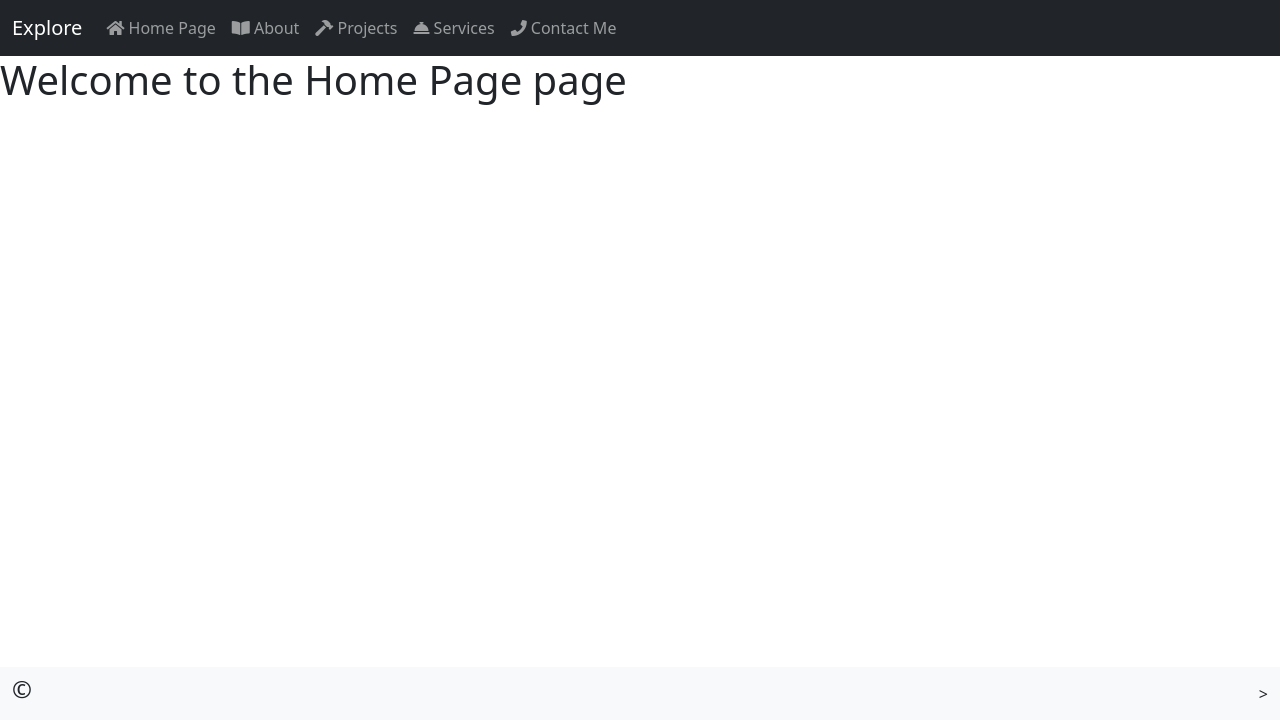
Repository: Survey-Wizard/SurveyWizard
Page: http://localhost/
The author's editor kept a copy of each file at every save. The page is drawn from the files as they stood at one save, then again after a run of saves.
The browser window is 1280 px wide. The pictures show the whole page.
The page is served by the project's Node server (server.js). Other server files are loaded and not shown.

Above is the page before, as saved 2021-05-30 10:39:54.

### views/index.ejs
<!DOCTYPE html>
<html lang="en">
<head>
  <meta charset="UTF-8">
  <meta http-equiv="X-UA-Compatible" content="IE=edge">
  <meta name="viewport" content="width=device-width, initial-scale=1.0">
  <title><%= title %></title>
  <link rel='stylesheet' href='/bootstrap/dist/css/bootstrap.min.css' />
  <link rel='stylesheet' href='/@fortawesome/fontawesome-free/css/all.min.css' />
  <link rel='stylesheet' href='/Content/app.css' />

</head>
<body>

  <nav class="navbar navbar-expand-lg navbar-dark bg-dark">
    <div class="container-fluid">
      <a class="navbar-brand" href="#">Explore</a>

      <button class="navbar-toggler" type="button" data-bs-toggle="collapse" data-bs-target="#navbarSupportedContent" aria-controls="navbarSupportedContent" aria-expanded="false" aria-label="Toggle navigation">
        <span class="navbar-toggler-icon"></span>
      </button>

      <div class="collapse navbar-collapse" id="navbarSupportedContent">
        <ul class="navbar-nav ml-auto">

          <li class="nav-item active">
            <a class="nav-link"  href="/home"><i class="fas fa-home"></i> Home Page</a>
          </li>

          <li class="nav-item active">
            <a class="nav-link"  href="/about"><i class="fas fa-book-open"></i> About</a>
          </li>

          <li class="nav-item active">
            <a class="nav-link"  href="/projects"><i class="fas fa-hammer"></i> Projects</a>
          </li>

          <li class="nav-item active">
            <a class="nav-link"  href="/services"><i class="fas fa-concierge-bell"></i> Services</a>
          </li>

          <li class="nav-item active">
            <a class="nav-link"  href="/contact"><i class="fas fa-phone"></i> Contact Me</a>
          </li>

        </div>
      </nav>



  <h1>Welcome to the <%= title %> page</h1>

  <nav class="navbar fixed-bottom navbar-light bg-light">
    <div class="container-fluid">
     <h4>&copy</h4>>
    </div>
  </nav>

  <script src="/jquery/dist/jquery.min.js"></script>
  <script src="/bootstrap/dist/css/bootstrap.min.js"></script>
  <script src="/Scripts/app.js"></script>

</body>
</html>

### server.js
#!/usr/bin/env node

/**
 * Module dependencies.
 */

var app = require('./app');
var debug = require('debug')('assignment-1-portfolio:server');
var http = require('http');

/**
 * Get port from environment and store in Express.
 */

var port = normalizePort(process.env.PORT || '3000');
app.set('port', port);

/**
 * Create HTTP server.
 */

var server = http.createServer(app);

/**
 * Listen on provided port, on all network interfaces.
 */

server.listen(port);
server.on('error', onError);
server.on('listening', onListening);

/**
 * Normalize a port into a number, string, or false.
 */

function normalizePort(val) {
  var port = parseInt(val, 10);

  if (isNaN(port)) {
    // named pipe
    return val;
  }

  if (port >= 0) {
    // port number
    return port;
  }

  return false;
}

/**
 * Event listener for HTTP server "error" event.
 */

function onError(error) {
  if (error.syscall !== 'listen') {
    throw error;
  }

  var bind = typeof port === 'string'
    ? 'Pipe ' + port
    : 'Port ' + port;

  // handle specific listen errors with friendly messages
  switch (error.code) {
    case 'EACCES':
      console.error(bind + ' requires elevated privileges');
      process.exit(1);
      break;
    case 'EADDRINUSE':
      console.error(bind + ' is already in use');
      process.exit(1);
      break;
    default:
      throw error;
  }
}

/**
 * Event listener for HTTP server "listening" event.
 */

function onListening() {
  var addr = server.address();
  var bind = typeof addr === 'string'
    ? 'pipe ' + addr
    : 'port ' + addr.port;
  debug('Listening on ' + bind);
}

### routes/index.js
var express = require('express');
var router = express.Router();


/* GET home page. */
router.get('/', function(req, res, next) {
  res.render('index', { title: 'Home Page' });
});

/* GET home page. */
router.get('/home', function(req, res, next) {
  res.render('index', { title: 'Home Page' });
});

/* GET About page. */
router.get('/about', function(req, res, next) {
  res.render('index', { title: 'About' });
});

/* GET Projects page. */
router.get('/projects', function(req, res, next) {
  res.render('index', { title: 'Projects' });
});

/* GET Services page. */
router.get('/services', function(req, res, next) {
  res.render('index', { title: 'Services' });
});

/* GET Contact page. */
router.get('/contact', function(req, res, next) {
  res.render('index', { title: 'Contact Me' });
});



module.exports = router;

### app.js
let createError = require('http-errors');
let express = require('express');
let path = require('path');
let cookieParser = require('cookie-parser');
let logger = require('morgan');

let indexRouter = require('./routes/index');
let usersRouter = require('./routes/users');

let app = express();

// view engine setup
app.set('views', path.join(__dirname, 'views'));
app.set('view engine', 'ejs');

app.use(logger('dev'));
app.use(express.json());
app.use(express.urlencoded({ extended: false }));
app.use(cookieParser());
app.use(express.static(path.join(__dirname, 'public')));
app.use(express.static(path.join(__dirname, 'node_modules')));
app.use('/', indexRouter);
app.use('/users', usersRouter);

// catch 404 and forward to error handler
app.use(function(req, res, next) {
  next(createError(404));
});

// error handler
app.use(function(err, req, res, next) {
  // set locals, only providing error in development
  res.locals.message = err.message;
  res.locals.error = req.app.get('env') === 'development' ? err : {};

  // render the error page
  res.status(err.status || 500);
  res.render('error');
});

module.exports = app;

### public/Content/app.css
/* Custom css */

### public/Scripts/app.js
(function (){

    function Start ()
    {
        console.log("App Started...");

    }

    window.addEventListener("load", Start);

})();

After the next 5 saves:
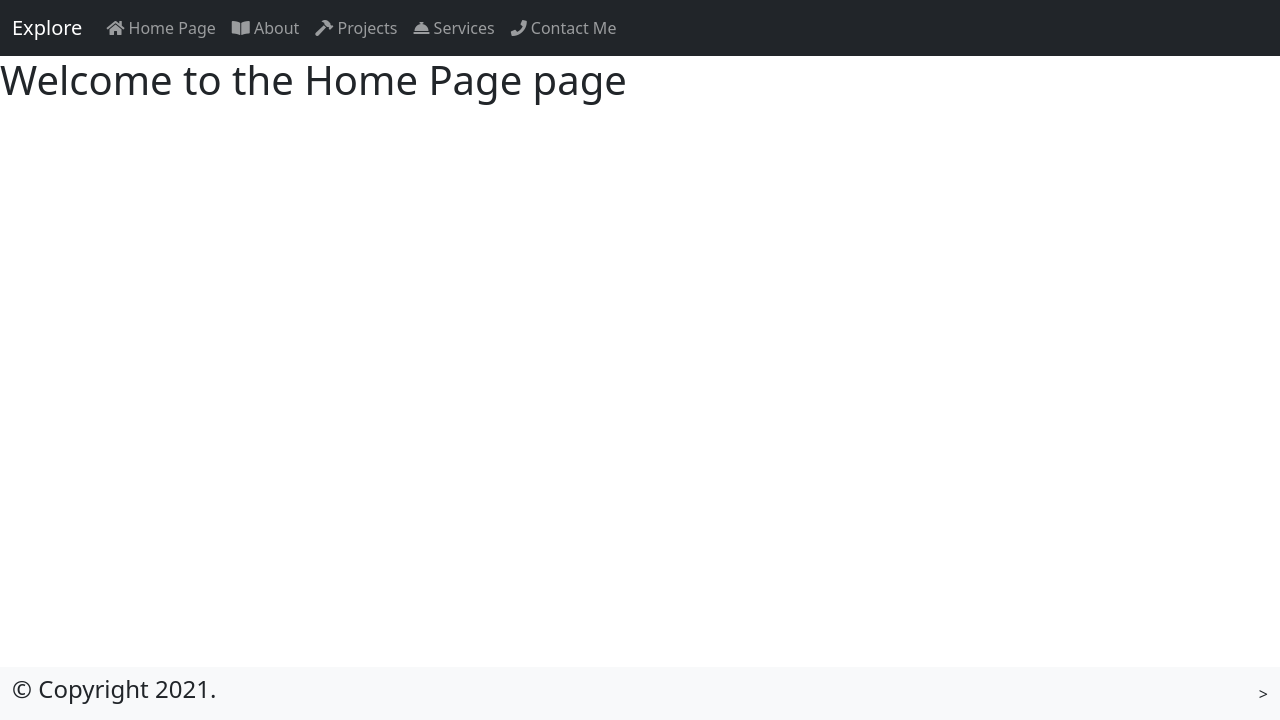
The 5 saves are shown as one change because they came seconds apart.
The last was saved 13 s later.
--- a/views/index.ejs
+++ b/views/index.ejs
@@ -52,7 +52,7 @@
 
   <nav class="navbar fixed-bottom navbar-light bg-light">
     <div class="container-fluid">
-     <h4>&copy</h4>>
+     <h4>&copy; Copyright 2021.</h4>>
     </div>
   </nav>
 
